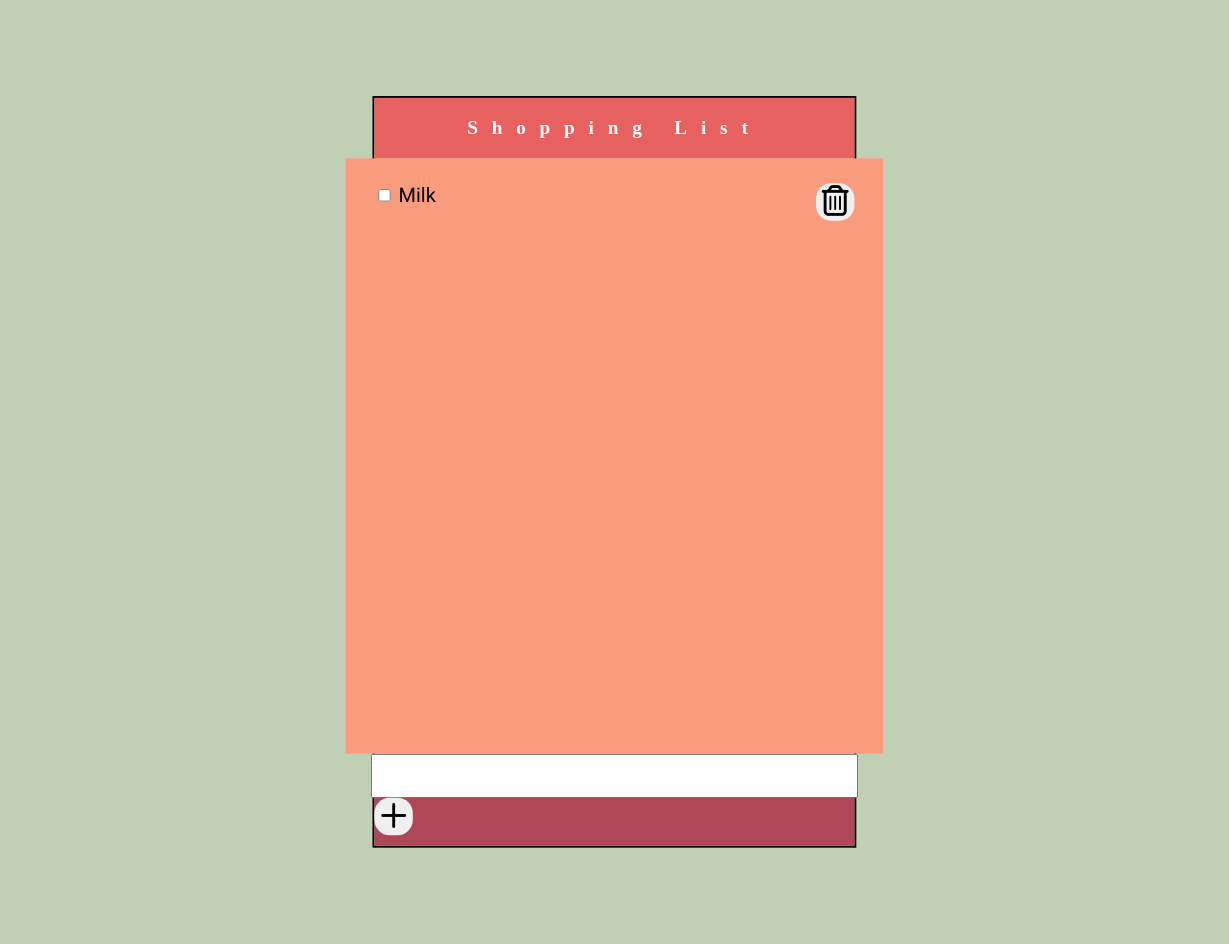
Repository: sephinejo/shopping-list-app
Page: index.html
The author's editor kept a copy of each file at every save. The page is drawn from the files as they stood at one save, then again after the next save.
The browser window is 1280 px wide. The pictures show the whole page, at 96% of full size.
Some web fonts or font styles are not loaded; a fallback is used. Some web libraries are served in a nearby version.

Above is the page before, as saved 2023-05-11 22:45:02.

After the next save:
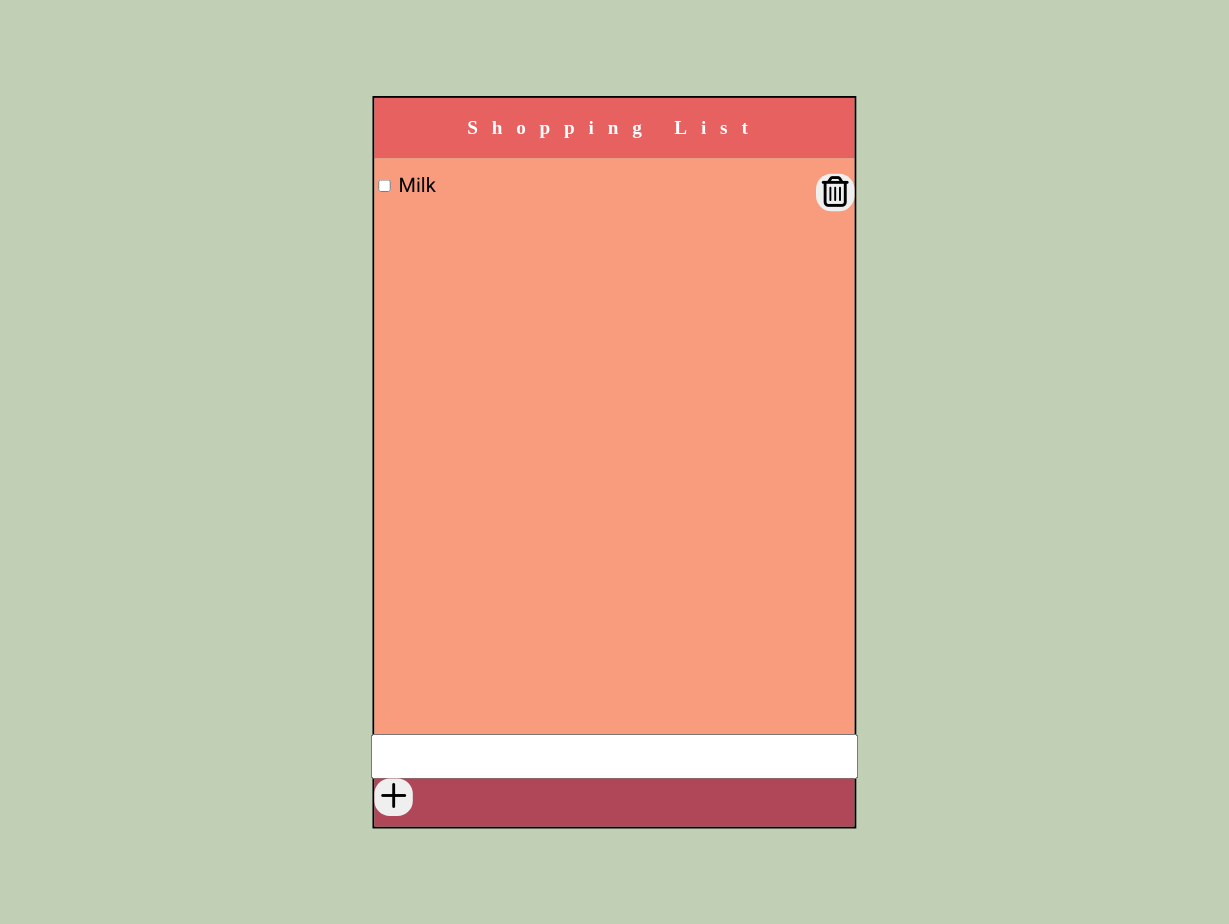
Saved 6 s later.
--- a/style.css
+++ b/style.css
@@ -27,7 +27,6 @@ main {
   background-color: #f99b7d;
   width: 100%;
   height: 600px;
-  padding: 10px 30px;
 }
 
 ul {
